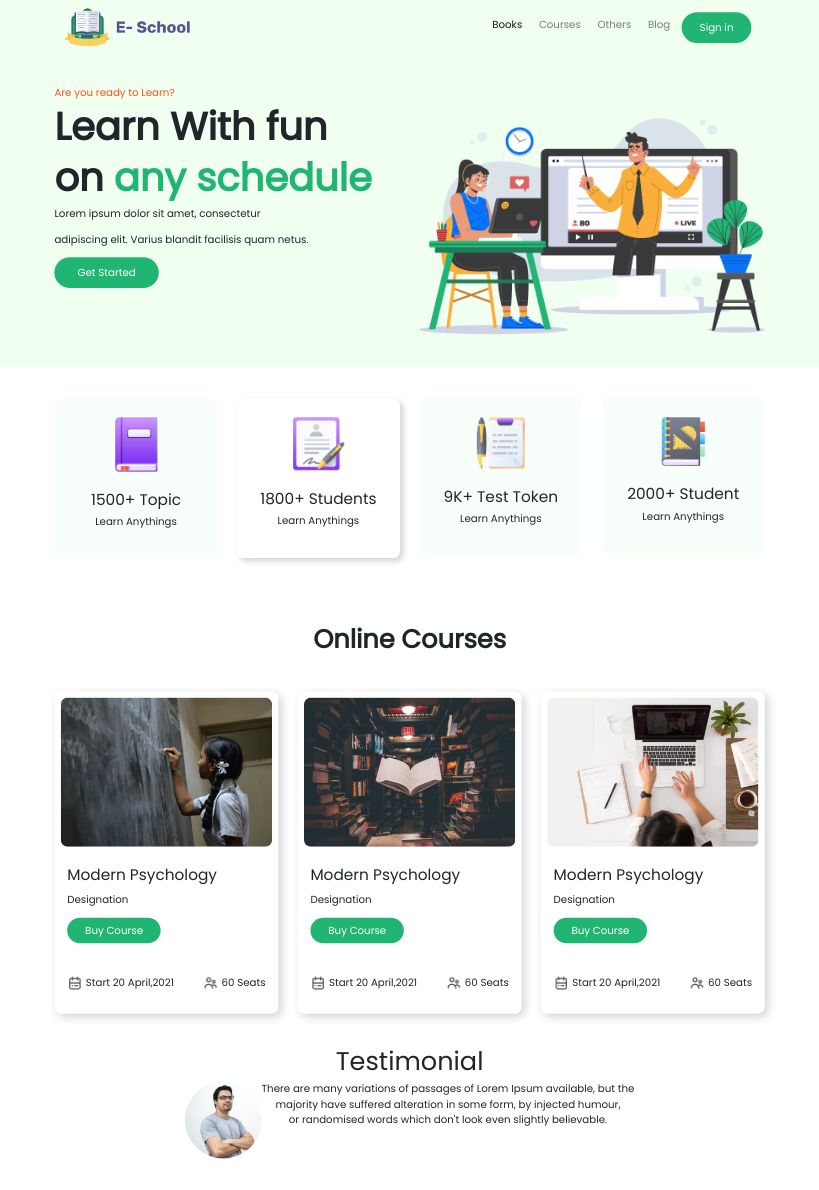
Repository: mohsinfarabi/e-school
Page: index.html
These files come from the project's save history. The page is drawn as it stood at one moment and after the next save; the edit follows.
The browser window is 1280 px wide. The pictures show the whole page, at 64% of full size.

Above is the page before, as saved 2020-07-08 21:06:40.

### index.html
<!DOCTYPE html>
<html lang="en">

<head>
    <meta charset="UTF-8">
    <meta name="viewport" content="width=device-width, initial-scale=1.0">
    <link rel="stylesheet" href="css/bootstrap/css/bootstrap.min.css">
    <link rel="stylesheet" href="style.css">
    <link href="https://fonts.googleapis.com/css2?family=Poppins" rel="stylesheet">
    <title>E-School</title>
</head>

<body>
    <section class="top-part">
        <div class="container">
            <nav class="navbar navbar-expand-lg navbar-light bg-transparent">
                <a class="navbar-brand" href="#"><img src="images/icon/Logo.png " alt=" "></a>
                </a>
                <button class="navbar-toggler" type="button" data-toggle="collapse" data-target="#navbarNav" aria-controls="navbarNav" aria-expanded="false" aria-label="Toggle navigation">
                  <span class="navbar-toggler-icon"></span>
                </button>

                <div class="collapse navbar-collapse" id="navbarNav">
                    <ul class="navbar-nav ml-auto">
                        <li class="nav-item active ">
                            <a class="nav-link " href="#books ">Books</a>
                        </li>
                        <li class="nav-item ">
                            <a class="nav-link " href="#courses ">Courses</a>
                        </li>
                        <li class="nav-item ">
                            <a class="nav-link " href="#others ">Others</a>
                        </li>
                        <li class="nav-item ">
                            <a class="nav-link " href="#blog ">Blog</a>
                        </li>
                        <li class="nav-item ">
                            <button class="sign-in">Sign in</button>
                        </li>

                    </ul>
                </div>

            </nav>
        </div>
        <div class="container">
            <div class="row top">
                <div class="col-md-6">

                    <h5>Are you ready to Learn?</h5>
                    <h1>Learn With fun </h1>
                    <h1>on <span class="highlight"> any schedule</span></h1>

                    <p>Lorem ipsum dolor sit amet, consectetur </p>
                    <p>adipiscing elit. Varius blandit facilisis quam netus.</p>

                    <button class="get-started">Get Started</button>

                </div>
                <div class="col-md-6 d-flex justify-content-center">

                    <img src="images/Photos/Illustration.png" alt="" class="img-fluid">
                </div>
            </div>
        </div>
    </section>

    <div class="container">
        <div class="row">
            <div class="col-md-3">
                <div class="cat1 d-flex flex-column justify-content-center align-items-center">

                    <img src="images/icon/book.png" alt="">

                    <h4>1500+ Topic</h4>
                    <p>Learn Anythings</p>
                </div>
            </div>
            <div class="col-md-3">
                <div class="cat2 d-flex flex-column justify-content-center align-items-center">

                    <img src="images/icon/Student.png" alt="">

                    <h4>1800+ Students</h4>
                    <p>Learn Anythings</p>
                </div>
            </div>
            <div class="col-md-3">
                <div class="cat3 d-flex flex-column justify-content-center align-items-center">

                    <img src="images/icon/Test.png" alt="">

                    <h4>9K+ Test Token</h4>
                    <p>Learn Anythings</p>
                </div>
            </div>
            <div class="col-md-3">
                <div class="cat4 d-flex flex-column justify-content-center align-items-center">

                    <img src="images/icon/Students.png" alt="">

                    <h4>2000+ Student</h4>
                    <p>Learn Anythings</p>

                </div>
            </div>
        </div>
    </div>

    <div class="container course">
        <h1>Online Courses</h1>
        <div class="card-deck">
            <div class="card">
                <img src="images/Photos/Morder pyschology.png" class="card-img-top" alt="...">
                <div class="card-body">
                    <h4 class="card-title">Modern Psychology</h4>
                    <p class="card-text">Designation</p>
                    <button class="buy-course">Buy Course</button>
                    <div class="card-bottom d-flex justify-content-between align-self-center">
                        <div class="d-flex justify-content-between">
                            <img src="images/icon/calendar.png" alt="">
                            <p>Start 20 April,2021</p>
                        </div>
                        <div class="d-flex justify-content-between">
                            <img src="images/icon/people.png" alt="">
                            <p>60 Seats</p>
                        </div>

                    </div>
                </div>

            </div>
            <div class="card">
                <img src="images/Photos/Morder psyc.png" class="card-img-top" alt="...">
                <div class="card-body">
                    <h4 class="card-title">Modern Psychology</h4>
                    <p class="card-text">Designation</p>
                    <button class="buy-course">Buy Course</button>
                    <div class="card-bottom d-flex justify-content-between align-self-center">
                        <div class="d-flex justify-content-between">
                            <img src="images/icon/calendar.png" alt="">
                            <p>Start 20 April,2021</p>
                        </div>
                        <div class="d-flex justify-content-between">
                            <img src="images/icon/people.png" alt="">
                            <p>60 Seats</p>
                        </div>

                    </div>
                </div>
            </div>
            <div class="card">
                <img src="images/Photos/Morder pychons.png" class="card-img-top" alt="...">
                <div class="card-body">
                    <h4 class="card-title">Modern Psychology</h4>
                    <p class="card-text">Designation</p>
                    <button class="buy-course">Buy Course</button>
                    <div class="card-bottom d-flex justify-content-between align-self-center">
                        <div class="d-flex justify-content-between">
                            <img src="images/icon/calendar.png" alt="">
                            <p>Start 20 April,2021</p>
                        </div>
                        <div class="d-flex justify-content-between">
                            <img src="images/icon/people.png" alt="">
                            <p>60 Seats</p>
                        </div>
                    </div>
                </div>
            </div>
        </div>
    </div>

    <div class="container testimonial">
        <h1>Testimonial</h1>
        <div class="testimonial-content d-flex justify-content-center">
            <img src="images/Photos/Man.png" alt="">
            <p>There are many variations of passages of Lorem Ipsum available, but the <br>majority have suffered alteration in some form, by injected humour, <br>or randomised words which don't look even slightly believable.</p>

        </div>
    </div>












    <script src="https://code.jquery.com/jquery-3.5.1.slim.min.js " integrity="sha384-DfXdz2htPH0lsSSs5nCTpuj/zy4C+OGpamoFVy38MVBnE+IbbVYUew+OrCXaRkfj " crossorigin="anonymous "></script>
    <script src="https://cdn.jsdelivr.net/npm/popper.js@1.16.0/dist/umd/popper.min.js " integrity="sha384-Q6E9RHvbIyZFJoft+2mJbHaEWldlvI9IOYy5n3zV9zzTtmI3UksdQRVvoxMfooAo " crossorigin="anonymous "></script>
    <script src="https://stackpath.bootstrapcdn.com/bootstrap/4.5.0/js/bootstrap.min.js " integrity="sha384-OgVRvuATP1z7JjHLkuOU7Xw704+h835Lr+6QL9UvYjZE3Ipu6Tp75j7Bh/kR0JKI " crossorigin="anonymous "></script>
</body>

</html>

### style.css
    body {
        font-family: 'Poppins', sans-serif;
    }

    .container {
        margin-bottom: 50px;
    }

    .top-part {
        background-color: #F0FFF0;
    }

    .bg-light {
        background-color: #F0FFF0;
    }

    .navbar img {
        width: 198.07px;
        height: 59px;
    }

    .nav-item {
        padding: 5px;
        color: black;
    }

    .sign-in {
        padding: 12px 28px;
        border: none;
        background: #21B573;
        border-radius: 33px;
        color: white;
    }

    .top {
        padding-bottom: 50px;
    }

    .top h5 {
        font-size: medium;
        color: #FD511A;
    }

    .top h1 {
        font-weight: 900;
        font-size: 60px;
    }

    .top img {
        margin-top: 50px;
    }

    .highlight {
        color: #21B573;
    }

    .get-started {
        padding: 12px 36px;
        border: none;
        background: #21B573;
        border-radius: 33px;
        color: white;
    }

    .cat h4 {
        font-weight: 700;
    }

    .cat1,
    .cat2,
    .cat3,
    .cat4 {
        padding: 30px;
        border-radius: 10px;
        border: none;
    }

    .cat2 {
        box-shadow: 5px 5px 10px lightgray;
    }

    .cat1,
    .cat3,
    .cat4 {
        background-color: #F8FFFB;
    }

    .cat1 img {
        width: 66px;
        height: 85px;
        margin-bottom: 30px;
    }

    .cat2 img {
        width: 80px;
        height: 83px;
        margin-bottom: 30px;
    }

    .cat3 img {
        width: 75px;
        height: 80px;
        margin-bottom: 30px;
    }

    .cat4 img {
        width: 68px;
        height: 76px;
        margin-bottom: 30px;
    }

    .course h1 {
        text-align: center;
        font-weight: 900;
        padding: 50px 0px;
    }

    .card img {
        border-radius: 11px;
        padding: 10px;
    }

    .card {
        border: none;
        border-radius: 11px;
        box-shadow: 5px 5px 15px lightgray;
    }

    .card-footer {
        background-color: white;
        border-top: none;
        border-radius: 10px;
    }

    .buy-course {
        border: none;
        background: #21B573;
        border-radius: 33px;
        color: white;
        margin-bottom: 20px;
        padding: 8px 28px;
    }

    .card-bottom {
        padding-top: 30px;
    }

    .card-bottom img {
        height: 24px;
        width: 24px;
        padding: 0;
        margin-right: 5px;
    }

    .testimonial {
        text-align: center;
    }

    .testimonial-content img {
        width: 120px;
        height: 120px;
    }

Loaded but not shown: css/bootstrap/css/bootstrap.min.css (library)

After the next save:
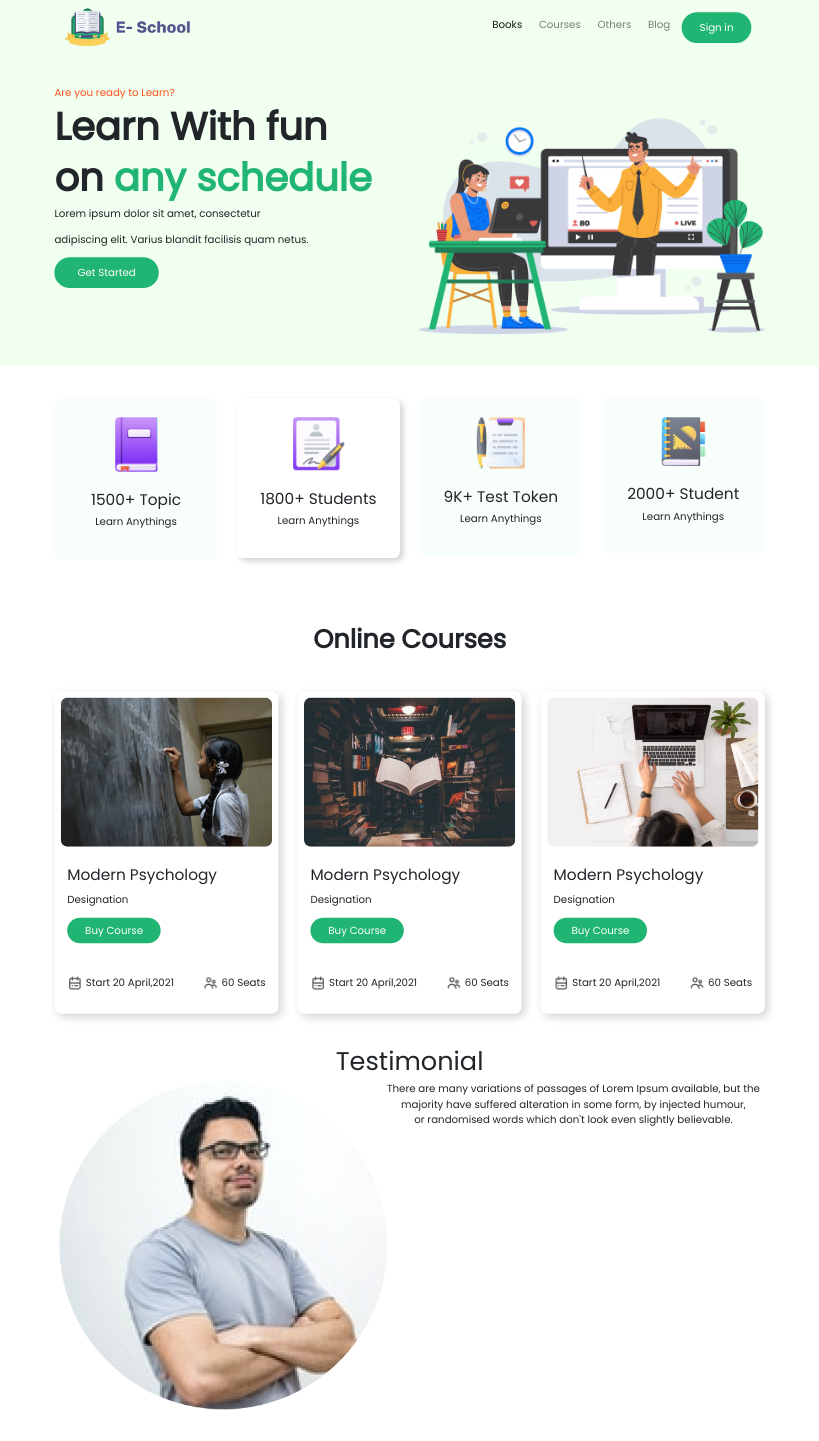
Saved 4 min 16 s later.
--- a/style.css
+++ b/style.css
@@ -156,7 +156,4 @@
         text-align: center;
     }
 
-    .testimonial-content img {
-        width: 120px;
-        height: 120px;
-    }
+    .testimonial-content img {}
